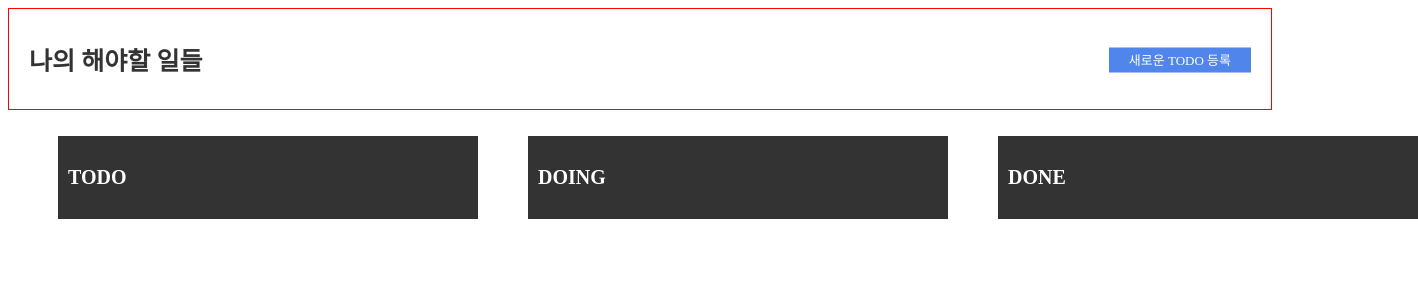
Repository: estellechoi/jsp-project-todo
Page: http://localhost/todo/MainServlet
The author's editor kept a copy of each file at every save. The page is drawn from the files as they stood at one save, then again after the next save.
The browser window is 1280 px wide. The page is 1418 px wide, so the pictures cover 1418 px, including what lies to the right of the window. The pictures show the whole page.
The page is served by Tomcat 9. Other server files are loaded and not shown. Queries for data that is not in the repository find no rows.

Above is the page before, as saved 2019-12-08 08:13:59.

### todo/src/main/webapp/jsp/main.jsp
<%@page import="kr.co.todo.dto.TodoDto"%>
<%@page import="java.util.List"%>
<%@ page language="java" contentType="text/html; charset=UTF-8"
    pageEncoding="UTF-8"%>
<%@ taglib prefix="c" uri="http://java.sun.com/jsp/jstl/core" %>

<!DOCTYPE html>
<html>
<head>
<meta charset="UTF-8">
<title>나의 해야할 일들</title>
<style>
	section {
		display: flex;
	}

	ul {
		margin-left: 10px;
	}

	li {
		list-style-type: none;
		margin-top: 10px;
	}

	header {
  		height: 100px;
/*  		padding: 20px 20px 20px 20px; */
		border: 1px solid red;
	}

	#header_logo {
		color: #333333;
		font-weight: bold;
		font-size: 25px;
		float: left;
		position: relative;
		top: 50%;
		left: 20px;
		transform: translateY(-50%);
	}

	#header_btns {
		float: right;
		position: relative;
		top: 50%;
		left: -20px;
		transform: translateY(-50%);
	}

	#header_btns > #btn_skyblue_white {
		background: #5085EB;
		color: white;
		padding: 5px 20px;
		text-decoration: none;
		font-size: 13px;
	}

	.type_columns {
		width: 400px;
		padding: 30px 10px;
		background: #333333;
		color: white;
		font-size: 20px;
		font-weight: bold;
	}

	.content_list {
		position: relative;
		width: 400px;
		padding: 20px 10px;
		background: #d2d2d2;
		color: #333333;
	}

	.title {
		font-weight: bold;
		letter-spacing: 2px;
	}

	.content {
		font-size: 13px;
		margin-top: 20px;
	}
	.btn_update {
		position: absolute;
		top: 50px;
		left: 370px;
		text-decoration: none;
		color: #333333;
		font-weight: bold;
	}
	.btn_delete {
		position: absolute;
		top: 50px;
		left: 370px;
		text-decoration: none;
		color: #ED6653;
		font-weight: bold;
	}

</style>
</head>
<body>
	<header>
		<div id="header_logo">나의 해야할 일들</div>
		<nav id="header_btns">
			<a id="btn_skyblue_white" href="TodoFormServlet">새로운 TODO 등록</a>
		</nav>
	</header>
	<!-- section 시작  -->
	<section>
		<!-- TODO -->
		<ul id="todo">
			<li class="type_columns">TODO</li>
			<c:forEach items="${requestScope.getTodos}" var="todoDto">
				<!-- todoDto.type 이 'TODO' 인 것만 출력 -->
				<c:if test="${todoDto.type eq 'TODO'}">
					<li class="content_list" id="${todoDto.id}">
						<span class="title">${todoDto.title}</span> <br />
						<span class="content">등록날짜 : ${todoDto.regDate}, ${todoDto.name}, 우선순위 ${todoDto.sequence}</span>
						<a class="btn_update" href="javascript:updateType('${todoDto.id}', '${todoDto.type}')">변경</a>
					</li>
				</c:if>
			</c:forEach>
		</ul>
		<!-- DOING -->
		<ul id="doing">
			<li class="type_columns">DOING</li>
			<c:forEach items="${requestScope.getTodos}" var="todoDto">
				<!-- 'DOING' 인 것만 출력 -->
				<c:if test="${todoDto.type eq 'DOING'}">
					<li class="content_list" id="${todoDto.id}">
						<span class="title">${todoDto.title}</span> <br />
						<span class="content">등록날짜 : ${todoDto.regDate}, ${todoDto.name}, 우선순위 ${todoDto.sequence}</span>
						<a class="btn_update" href="javascript:updateType('${todoDto.id}', '${todoDto.type}')">완료</a>
					</li>
				</c:if>
			</c:forEach>
		</ul>
		<!-- DONE -->
		<ul id="done">
			<li class="type_columns">DONE</li>
			<c:forEach items="${requestScope.getTodos}" var="todoDto">
				<!-- 'DONE' 인 것만 -->
				<c:if test="${todoDto.type eq 'DONE'}">
					<li class="content_list" id="${todoDto.id}">
						<span class="title">${todoDto.title}</span> <br />
						<span class="content">등록날짜 : ${todoDto.regDate}, ${todoDto.name}, 우선순위 ${todoDto.sequence}</span>
						<a class="btn_delete" href="javascript:updateType('${todoDto.id}', '${todoDto.type}')">지우기</a>
					</li>
				</c:if>
			</c:forEach>
		</ul>
	</section>
	<!-- js 경로를 찾을 때 ContextPath 넣지 않는 방법은 ? -->
	<script type="text/javascript" src="<%=request.getContextPath()%>/etc/updatelist.js"></script>
</body>
</html>

### todo/src/main/java/kr/co/todo/servlet/MainServlet.java
package kr.co.todo.servlet;

import java.io.IOException;
import java.sql.SQLException;
import java.util.List;

import javax.servlet.RequestDispatcher;
import javax.servlet.ServletException;
import javax.servlet.annotation.WebServlet;
import javax.servlet.http.HttpServlet;
import javax.servlet.http.HttpServletRequest;
import javax.servlet.http.HttpServletResponse;

import kr.co.todo.dao.TodoDao;
import kr.co.todo.dto.TodoDto;

@WebServlet("/MainServlet")
public class MainServlet extends HttpServlet {
	private static final long serialVersionUID = 1L;

	public MainServlet() {
		super();

	}

	protected void doGet(HttpServletRequest request, HttpServletResponse response)
			throws ServletException, IOException {

		TodoDao todoDao = new TodoDao();

		// 모든 레코드 조회
		List<TodoDto> list = todoDao.getTodos();
		request.setAttribute("getTodos", list);

		// main.jsp 로 포워드 하기
		RequestDispatcher requestDispatcher = request.getRequestDispatcher("/jsp/main.jsp");
		requestDispatcher.forward(request, response);

	}

}

### todo/src/main/java/kr/co/todo/dao/TodoDao.java
package kr.co.todo.dao;

import java.sql.Connection;
import java.sql.DriverManager;
import java.sql.PreparedStatement;
import java.sql.ResultSet;
import java.sql.SQLException;
import java.sql.Statement;
import java.util.ArrayList;
import java.util.List;

import kr.co.todo.dto.TodoDto;

public class TodoDao {

	String dbUrl = "jdbc:mysql://localhost:3306/youjin?useSSL=false&serverTimezone=UTC&autoReconnection=true";
	String dbUser = "estellechoi";
	String dbPwd = "yk0425";

	// Main.jsp 에 표시될 전체 toto 목록
	public List<TodoDto> getTodos() {

		// 드라이버 로드
		try {
			Class.forName("com.mysql.cj.jdbc.Driver");
		} catch (ClassNotFoundException e) {
			e.printStackTrace();
		}

		List<TodoDto> list = new ArrayList<TodoDto>();

		String sql = "select id, name, regdate, sequence, title, type from todo";

		try (Connection conn = DriverManager.getConnection(dbUrl, dbUser, dbPwd);
				Statement stmt = conn.createStatement()){

			try (ResultSet rs = stmt.executeQuery(sql)) {
				while (rs.next()) {
					TodoDto todoDto = new TodoDto(rs.getInt("id"), rs.getString("name"), rs.getString("regdate"), rs.getInt("sequence"), rs.getString("title"), rs.getString("type"));
					list.add(todoDto);
				}
			}
			catch (Exception e) {
				e.printStackTrace();
			}
		}
		catch (Exception e) {
			e.printStackTrace();
		}

		return list;
	}

	// 할 일 등록
	public int addTodo(TodoDto todoDto) {

		try {
			Class.forName("com.mysql.cj.jdbc.Driver");
		} catch (ClassNotFoundException e) {
			e.printStackTrace();
		}

		int insertCount = 0;
		String sql = "insert into todo(title, name, sequence, regdate) values(?,?,?, now())";

		try (Connection conn = DriverManager.getConnection(dbUrl, dbUser, dbPwd);
			PreparedStatement pstmt = conn.prepareStatement(sql)) {
				pstmt.setString(1, todoDto.getTitle());
				pstmt.setString(2, todoDto.getName());
				pstmt.setInt(3, todoDto.getSequence());
				insertCount = pstmt.executeUpdate(); // CREATE / DROP 관련 구문에서는 -1 을 반환
		}
		// what about nullpointerexception ?
		catch (SQLException e) {
			e.printStackTrace();
		}

		return insertCount;
	}

	public int updateTodo(TodoDto todoDto) {

		try {
			Class.forName("com.mysql.cj.jdbc.Driver");
		} catch (ClassNotFoundException e) {
			e.printStackTrace();
		}

		int updateCount = 0;
		String sql = "update todo set type = ? where id = ?";

		try (Connection conn = DriverManager.getConnection(dbUrl, dbUser, dbPwd);
				PreparedStatement pstmt = conn.prepareStatement(sql)){
			pstmt.setString(1, todoDto.getType());
			pstmt.setLong(2, todoDto.getId());
			updateCount = pstmt.executeUpdate();
		} catch (SQLException e) {
			e.printStackTrace();
		}

		return updateCount;
	}

	public int deleteTodo(long id) {
		try {
			Class.forName("com.mysql.cj.jdbc.Driver");
		} catch (ClassNotFoundException e) {
			e.printStackTrace();
		}

		int deleteCount =0;
		String sql = "delete from todo where id = " + id;

		try (Connection conn = DriverManager.getConnection(dbUrl, dbUser, dbPwd);
				Statement stmt = conn.createStatement()){
			deleteCount = stmt.executeUpdate(sql);
		}
		catch (SQLException e) {
			e.printStackTrace();
		}

		return deleteCount;
	}
}

### todo/src/main/webapp/etc/updatelist.js
/**
 *
 */

	function updateType(id, type) {

		var oReq = new XMLHttpRequest(); // oReq.UNSENT == 0

		// 이벤트 리스너 콜백함수 등록
		/*
		oReq.addEventListener("load", function() {
			if (this.responseText == "success") {
				// 프론트 처리
			}
		});
		*/

		// onreadystatechange 대신에 onload를 사용해도 됩니다. 요청 완료만 잡아내도 된다면요.
		oReq.onreadystatechange = function() {
			if (oReq.readyState == oReq.DONE) { // 요청이 완료되면 (oReq.DONE == 4)
				if (oReq.status == 200 || oReq.status == 201) {
					if (oReq.responseText == "success") {
						// responseText : 현재까지 읽은 응답의 전체 값을 반환
						// 프론트 처리
						alert(oReq.responseText);
						// 리스트 재정렬 함수 호출
						updateList(id, type);
					}
				}
				else {
					console.error(this.responseText);
				}
			}
		}

		oReq.open("GET", "TodoTypeServlet?id=" + id + "&type=" + type); // oReq.OPENED == 1
		oReq.send(); // oReq.HEADERS_RECEIVED (2) -> LOADING (3) -> DONE (4)
	}

	function updateList(id, type) {
		const targetList = document.getElementById(id);

		switch(type) {
		case "TODO" :
			document.querySelector("#todo").removeChild(targetList);
			document.querySelector("#doing").append(targetList);
			break;
		case "DOING" :
			document.querySelector("#doing").removeChild(targetList);
			document.querySelector("#done").append(targetList);
			break;
		case "DONE" :
			document.querySelector("#done").removeChild(targetList);
			break;
		default:
			break;

		}
	}

After the next save:
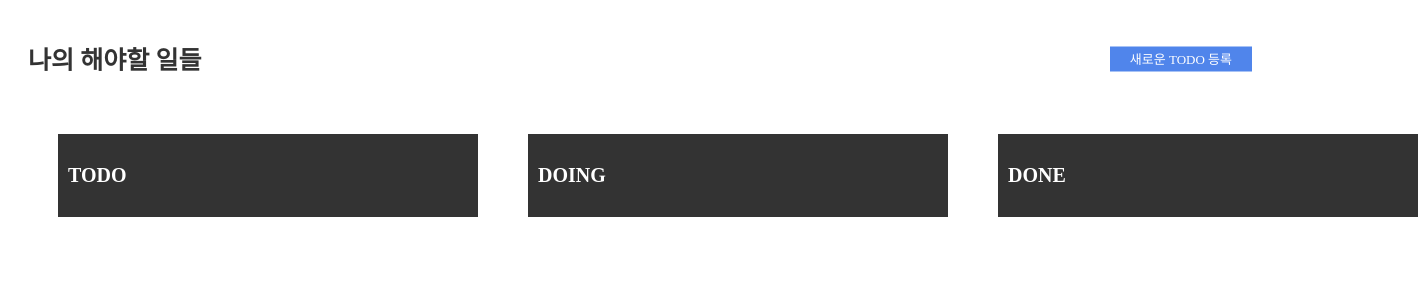
Saved 10 s later.
--- a/todo/src/main/webapp/jsp/main.jsp
+++ b/todo/src/main/webapp/jsp/main.jsp
@@ -25,8 +25,6 @@
 
 	header {
   		height: 100px;
-/*  		padding: 20px 20px 20px 20px; */
-		border: 1px solid red;
 	}
 
 	#header_logo {
